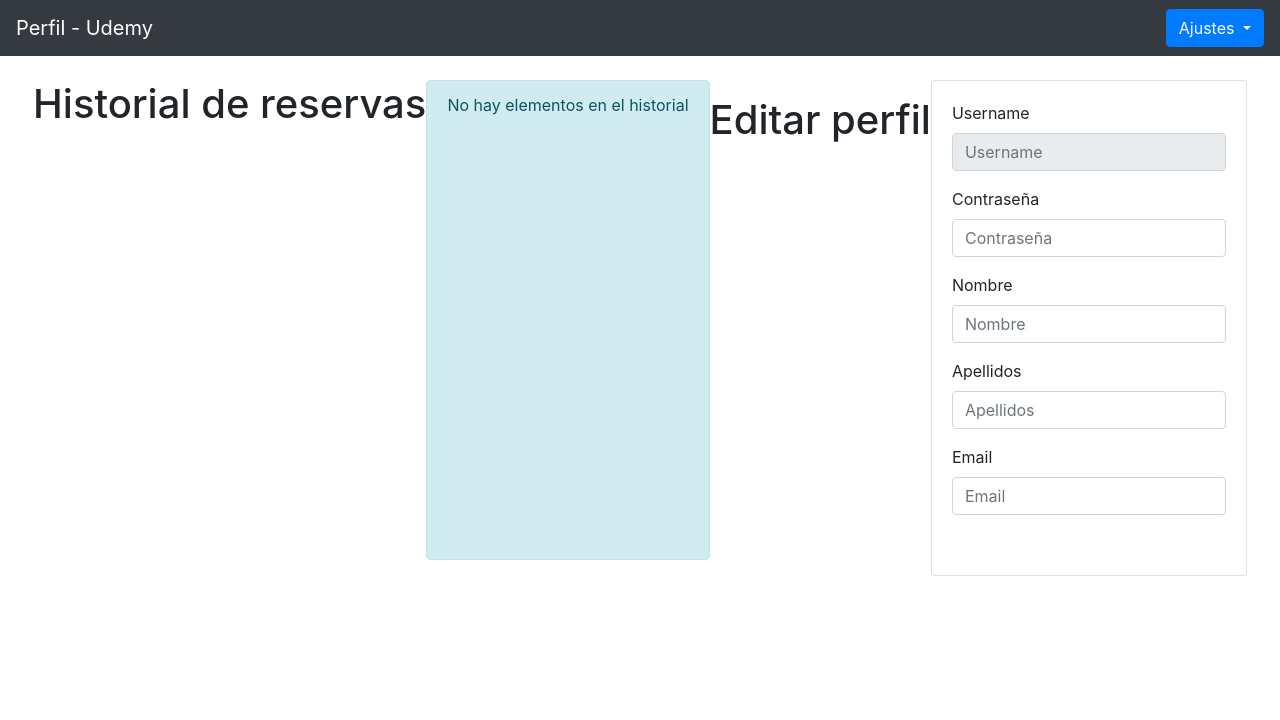
Repository: Enrique-git-hub/curso-java
Page: Workspace/LibreriaUdemy/src/main/webapp/profile.html
The author's editor kept a copy of each file at every save. The page is drawn from the files as they stood at one save, then again after the next save.
The browser window is 1280 px wide. The pictures show the whole page.

Above is the page before, as saved 2025-03-20 08:40:54.

### Workspace/LibreriaUdemy/src/main/webapp/profile.html
<!DOCTYPE html>
<html>
<head>
<meta charset="UTF-8">
<link rel="stylesheet" href="https://cdn.jsdelivr.net/npm/bootstrap@4.6.2/dist/css/bootstrap.min.css">

<!-- jQuery library -->
<script src="https://cdn.jsdelivr.net/npm/jquery@3.7.1/dist/jquery.slim.min.js"></script>

<!-- Popper JS -->
<script src="https://cdn.jsdelivr.net/npm/popper.js@1.16.1/dist/umd/popper.min.js"></script>

<!-- Latest compiled JavaScript -->
<script src="https://cdn.jsdelivr.net/npm/bootstrap@4.6.2/dist/js/bootstrap.bundle.min.js"></script>

<script src="https://ajax.googleapis.com/ajax/libs/jquery/3.7.1/jquery.min.js"></script>
<title>Mi perfil - Libreria Udemy</title>
</head>
<body>

<nav class="navbar navbar-dark bg-dark">
		<a class="navbar-brand" href="#">Perfil - Udemy</a>
		<div id="user-data-profile">
			<span class="badge badge-light mr-3" id="user-saldo"></span>
			<div class="btn-group">
				<button type="button" class="btn btn-primary dropdown-toggle" data-toggle="dropdown" aria-haspopup="true" aria-expanded="false">
					<span id="ajustes">Ajustes</span>
				</button>
				<div class="dropdown-menu" id="main-menu">
					<a id="mi-perfil-btn" class="dropdown-item"></a>
					<a id="salir-btn" class="dropdown-item" href="index.html">Salir</a>
				</div>
			</div>
		</div>
	</nav>

	<main class="p-4 d-flex justify-content-center">
	<h1>Historial de reservas</h1>

	<table class="table d-none" id="historial-table">
		<thead class="thead-dark">
			<tr>
				<th scope="col">#</th>
				<th scope="col">Titulo</th>
				<th scope="col">Género</th>
				<th scope="col">Estreno</th>
				<th scope="col">Fecha</th>
				<th scope="col">devolver</th>
			</tr>
		</thead>
		<tbody id="historial-tbody">

		</tbody>
	</table>
	<div id="historial-vacio" class="alert alert-info" role="alert">No hay elementos en el historial</div>
	<h1 class="mt-3">Editar perfil</h1>

	<div class="card" id="form-container">
		<div class="card-body">
			<form method="GET" id="form-modificar" class="pb-4">
				<div class="form-group">
					<label for="input-username">Username</label>
					<input type="text" class="form-control disabled" id="input-username" placeholder="Username" readonly>
				</div>
				<div class="form-group">
					<label for="input-contrasena">Contraseña</label>
					<input type="password" class="form-control" id="input-password" placeholder="Contraseña" required>
				</div>
				<div class="form-group">
					<label for="input-nombre">Nombre</label>
					<input type="text" class="form-control" id="input-nombre" placeholder="Nombre" required>
				</div>
				<div class="form-group">
					<label for="input-apellidos">Apellidos</label>
					<input type="text" class="form-control" id="input-apellidos" placeholder="Apellidos" required>
				</div>
				<div class="form-group">
					<label for="input-email">Email</label>
					<input type="text" class="form-control" id="input-email" placeholder="Email" required>
				</div>
			</form>
		</div>
	</div>
	</main>

</body>
</html>

After the next save:
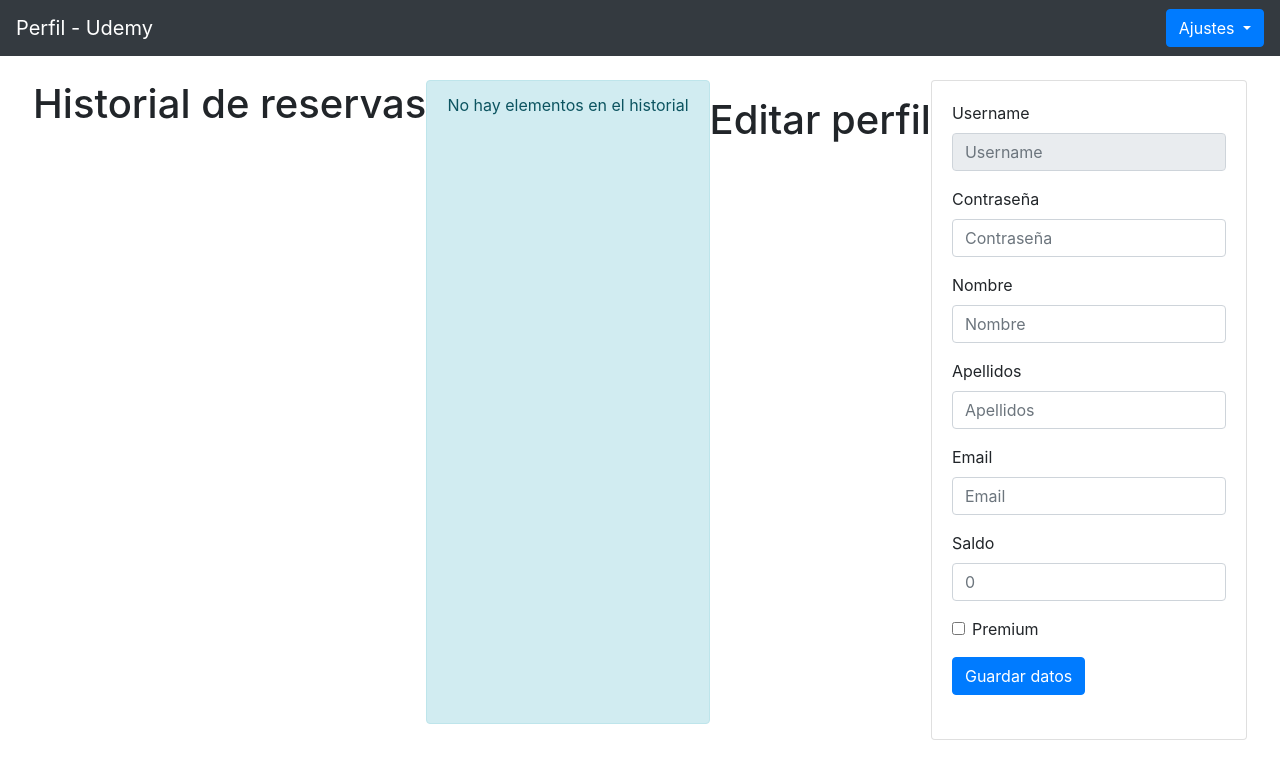
Saved 17 min 43 s later.
--- a/Workspace/LibreriaUdemy/src/main/webapp/profile.html
+++ b/Workspace/LibreriaUdemy/src/main/webapp/profile.html
@@ -78,7 +78,20 @@
 					<label for="input-email">Email</label>
 					<input type="text" class="form-control" id="input-email" placeholder="Email" required>
 				</div>
+				<div class="form-group">
+					<label for="input-saldo">Saldo</label>
+					<input type="number" step="any" class="form-control" id="input-saldo" min="0" max="10000" placeholder="0" required>
+				</div>
+				<div class="form-group">
+				<div class="form-check">
+					<input type="checkbox" class="form-check-input" id="input-premium">
+					<label class="form-check-label" form="input-premium">Premium</label>
+				</div>
+				</div>
+				<button type="submit" class="btn btn-primary" id="modificar-btn">Guardar datos</button>
 			</form>
+			<div class="alert alert-danger d-none" id="modificar-error" role="alert">Error en la modificacion de los datos de usuario</div>
+			<div class="alert alert-success d-none" id="modificar-exito" role="alert">Modificacion de los datos del usuario realizada correctamente</div>
 		</div>
 	</div>
 	</main>
